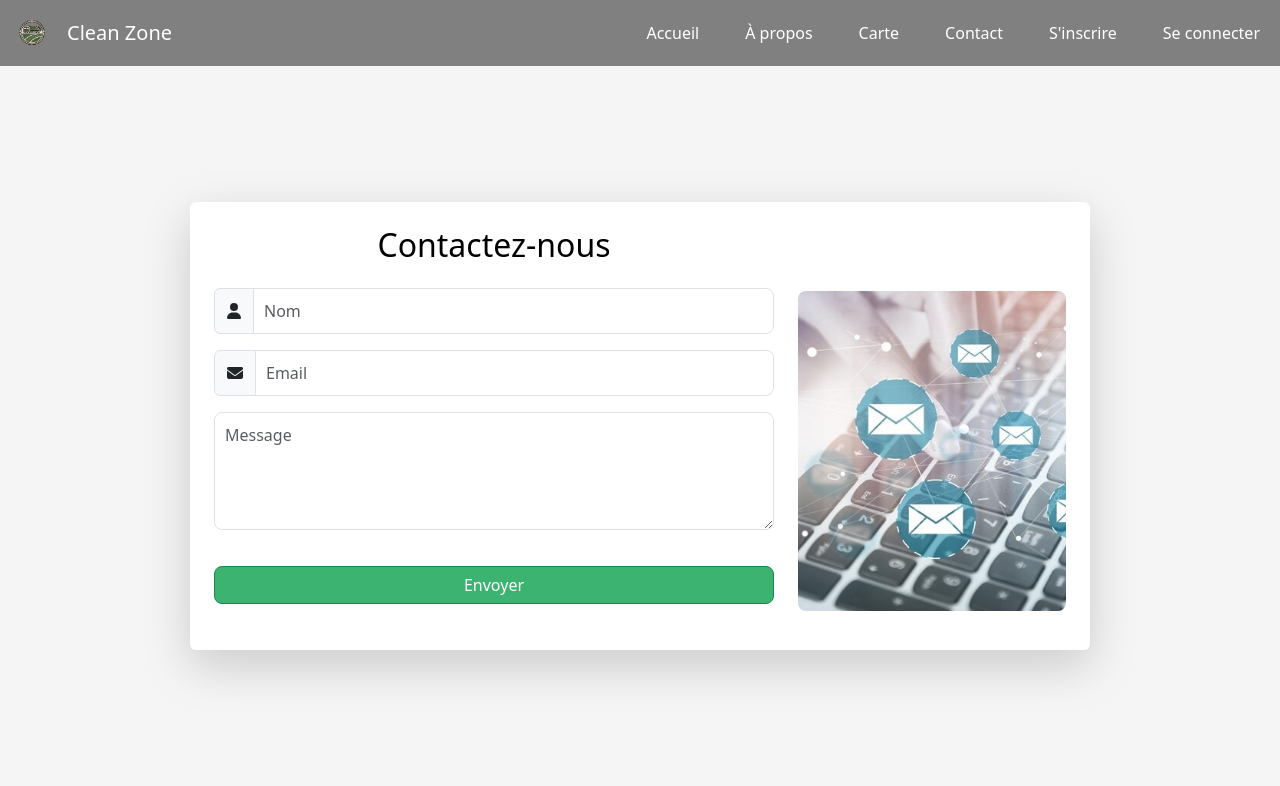
Repository: SystemInfoGeo/QGISproject
Page: /contact (app in NEXT/)
An editor plug-in stored every save of this project. The page is shown before and after the next save, followed by the edit.
The browser window is 1280 px wide. The pictures show the whole page.
The project was rebuilt for these pictures with package versions that can differ from the ones it lists, and the page was loaded fresh each time. The framework's server and built-in components were replaced by stand-ins that run in the browser. Also part of the build but not shown: NEXT/next.config.mjs.

Above is the page before, as saved 2024-09-16 19:47:19.

After the next save:
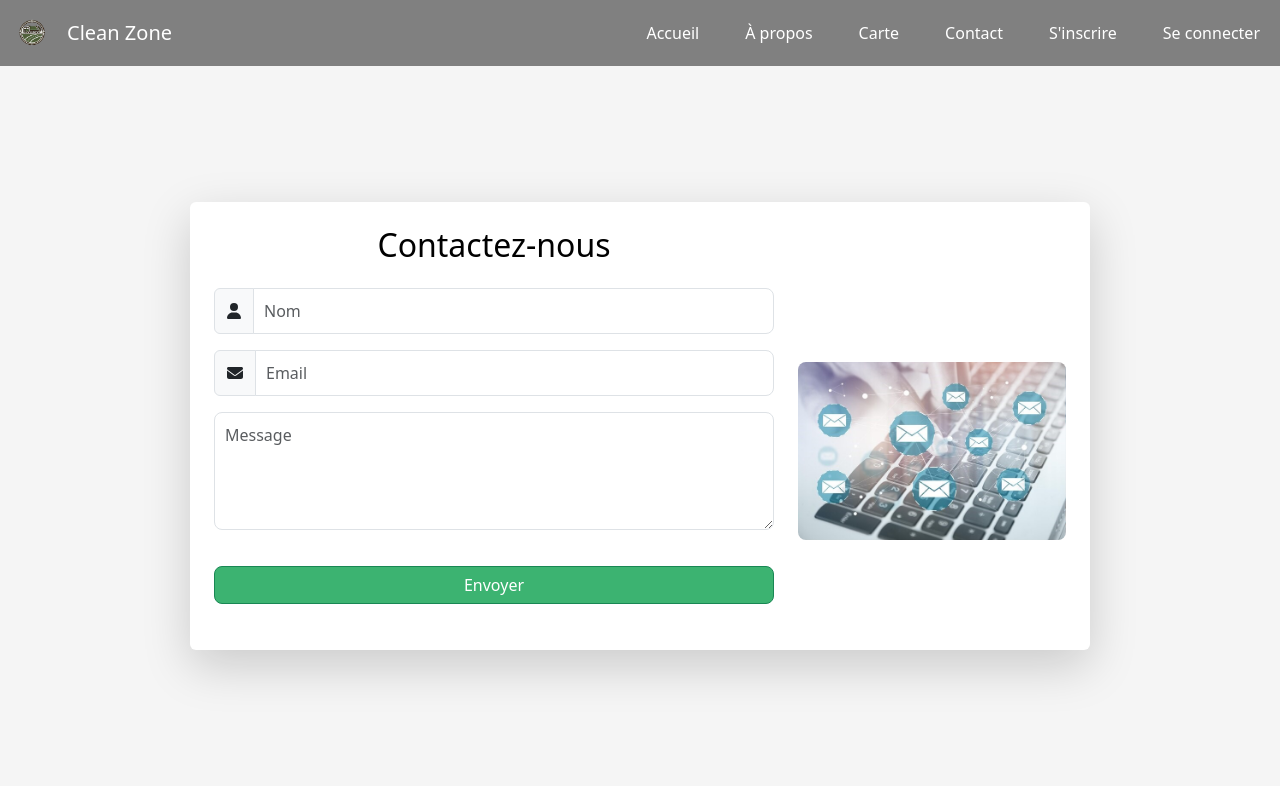
Saved 3 min 5 s later.
--- a/NEXT/styles/Contact.css
+++ b/NEXT/styles/Contact.css
@@ -26,7 +26,7 @@
   }
   .contact-form img {
     width: 100%;
-    height: 80%; /* L'image prendra la hauteur totale du conteneur */
+    height: auto; /* L'image prendra la hauteur totale du conteneur */
     object-fit: cover;
     border-radius: 8px;
     margin-top: 50px;

After the 2 saves that followed:
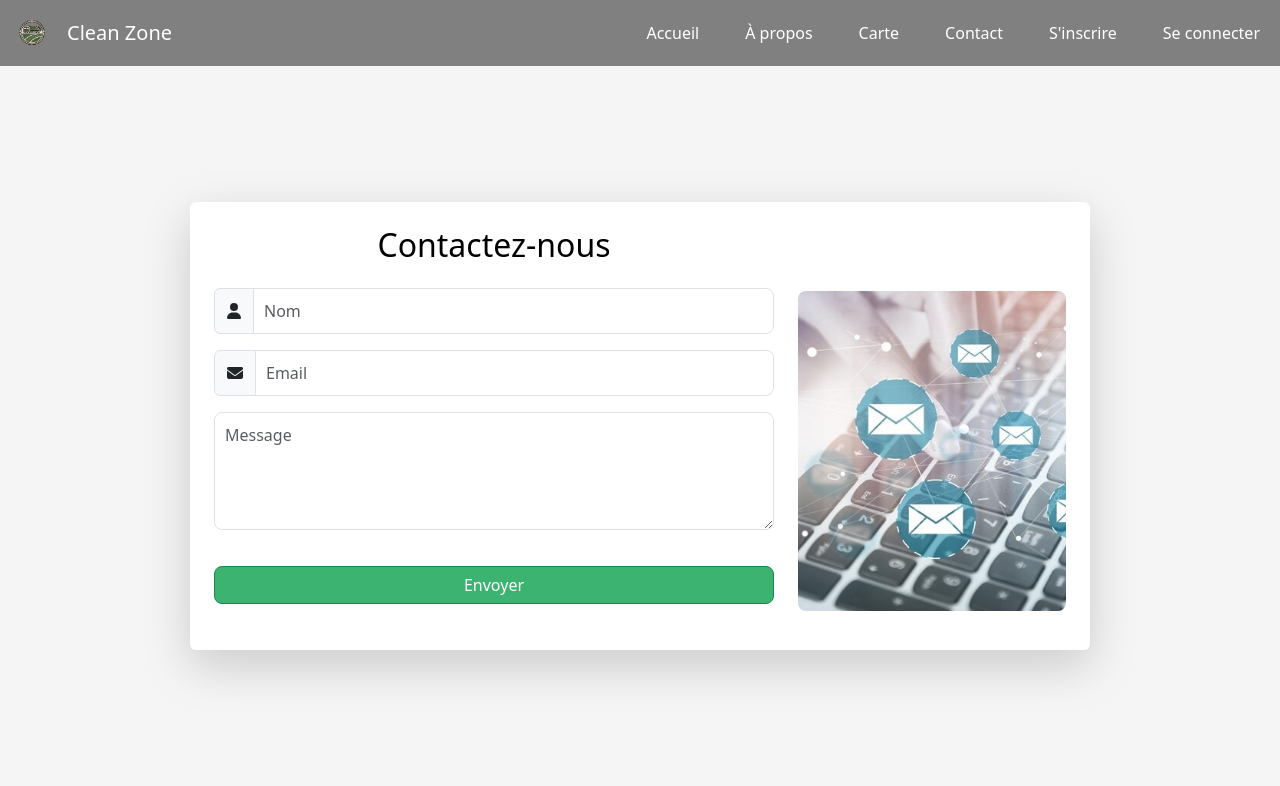
The 2 saves are shown as one change because 1 left the picture as it was.
The last was saved 60 s later.
--- a/NEXT/styles/Contact.css
+++ b/NEXT/styles/Contact.css
@@ -26,10 +26,14 @@
   }
   .contact-form img {
     width: 100%;
-    height: auto; /* L'image prendra la hauteur totale du conteneur */
+    height: 80%; /* L'image prendra la hauteur totale du conteneur */
     object-fit: cover;
     border-radius: 8px;
     margin-top: 50px;
+  }
+  .contact-form .col-md-4 {
+    max-width: 100%;
+    overflow: hidden;
   }
 
   .contact-form .col-md-4 {
